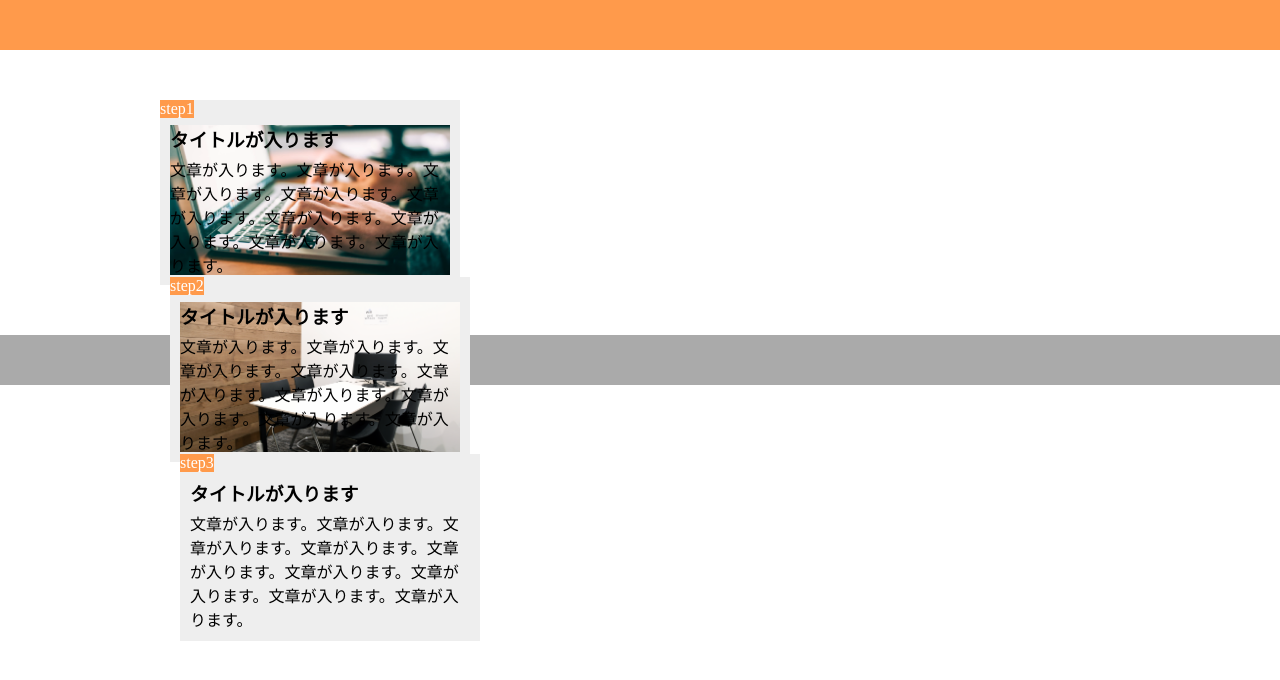
Repository: uchinokana/git-practiced
Page: 課題提出/sample.html
The author's editor kept a record of every edit. The page is drawn from the files as they stood at one moment, then again after the next edit.
The browser window is 1280 px wide. The pictures show the whole page.

Above is the page before.

### 課題提出/sample.html
<!DOCTYPE html>
<html lang="ja">
  <head>
    <meta charset="utf-8" />
    <title>提出課題</title>
    <link rel="stylesheet" href="style.css" />
  </head>
  <body>
    <header>
    </header>
    <main>
      <div class="step-box">
        <div class="step-img1"><div/>
        <span class="step-num">step1</span>
        <h3 class="title">タイトルが入ります</h3>
        <p class="text">

           文章が入ります。文章が入ります。文章が入ります。文章が入ります。文章が入ります。文章が入ります。文章が入ります。文章が入ります。文章が入ります。

        </p>
      <div class="step-box">
        <div class="step-img2"><div/>
        <span class="step-num">step2</span>
        <h3 class="title">タイトルが入ります</h3>
        <p class="text">

           文章が入ります。文章が入ります。文章が入ります。文章が入ります。文章が入ります。文章が入ります。文章が入ります。文章が入ります。文章が入ります。

        </p>
      </div>
      <div class="step-box">
        <div id="step-img3"><div/>
        <span class="step-num">step3</span>
        <h3 class="title">タイトルが入ります</h3>
        <p class="text">

           文章が入ります。文章が入ります。文章が入ります。文章が入ります。文章が入ります。文章が入ります。文章が入ります。文章が入ります。文章が入ります。

        </p>
      </div>

    </main>
    <footer></footer>




  </body>
</html>

### 課題提出/style.css
* {
  box-sizing: border-box;
  margin: 0;
  padding: 0;
}

header {
  height: 50px;
  background-color: #ff9a4b;
}

main {
  width: 960px;
  margin: 50px auto;
  display: block;
}

.step-box {
  width: 300px;
  margin-right: 30px;
  padding: 10px;
  position: relative;
  background-color: #eee;
}

.step-box:last-child {
  margin-right: 0;
}

.step-img1 {
  height: 150px;
  background-image: url(img/flow01.png);
  background-position: bottom;
  background-size: cover;
}

.step-img2 {
  height: 150px;
  background-image: url(img/flow02.png);
  background-position: bottom;
  background-size: cover;
}

.step-img3 {
  height: 150px;
  background-image: url(img/flow03.png);
  background-position: bottom;
  background-size: cover;
}

.step-num {
  position: absolute;
  top: 0;
  left: 0;
  background-color: #ff9a4b;
  color: #fff;
}

.title {
  margin: 15px 0 5px;
}

footer {
  height: 50px;
  background-color: #aaa;
}

@media screen and (max-width: 768px) {
  header {
  width: 100%
}
.step-box {
  width: 100%;
}
main {
  width: 100%;
  display: block;

}
}

After the next edit:
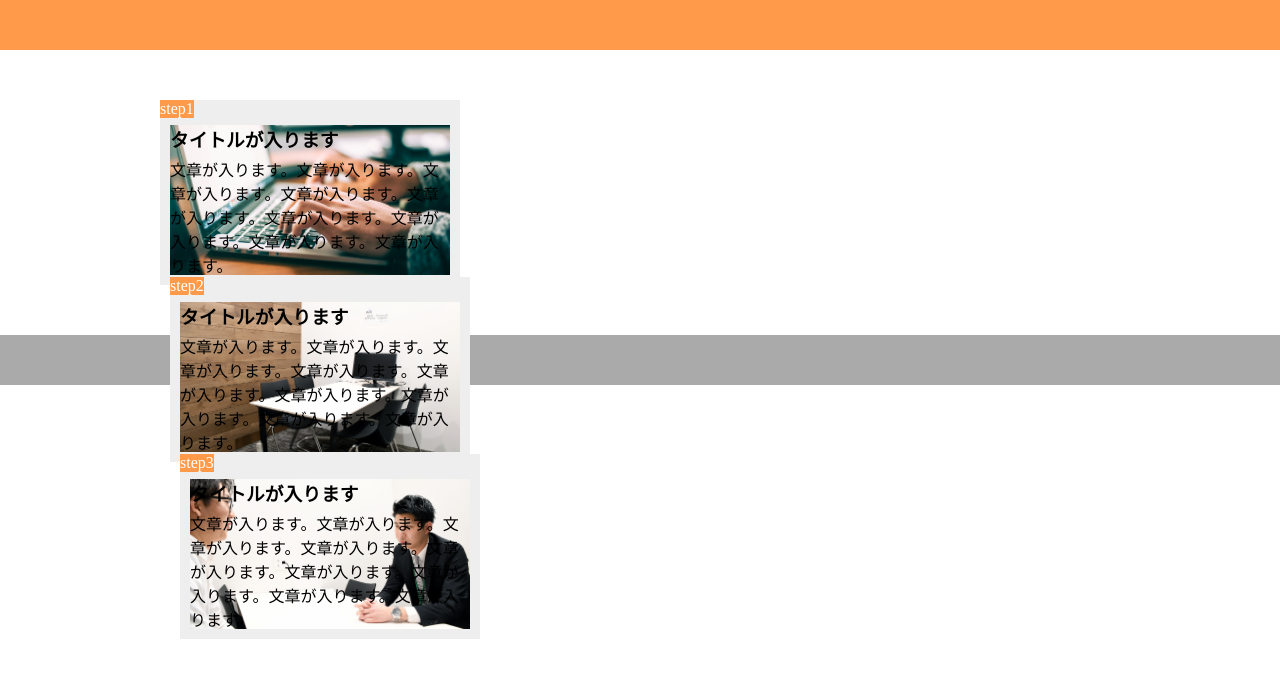
The edit:
--- a/課題提出/sample.html
+++ b/課題提出/sample.html
@@ -29,7 +29,7 @@
         </p>
       </div>
       <div class="step-box">
-        <div id="step-img3"><div/>
+        <div class="step-img3"><div/>
         <span class="step-num">step3</span>
         <h3 class="title">タイトルが入ります</h3>
         <p class="text">
